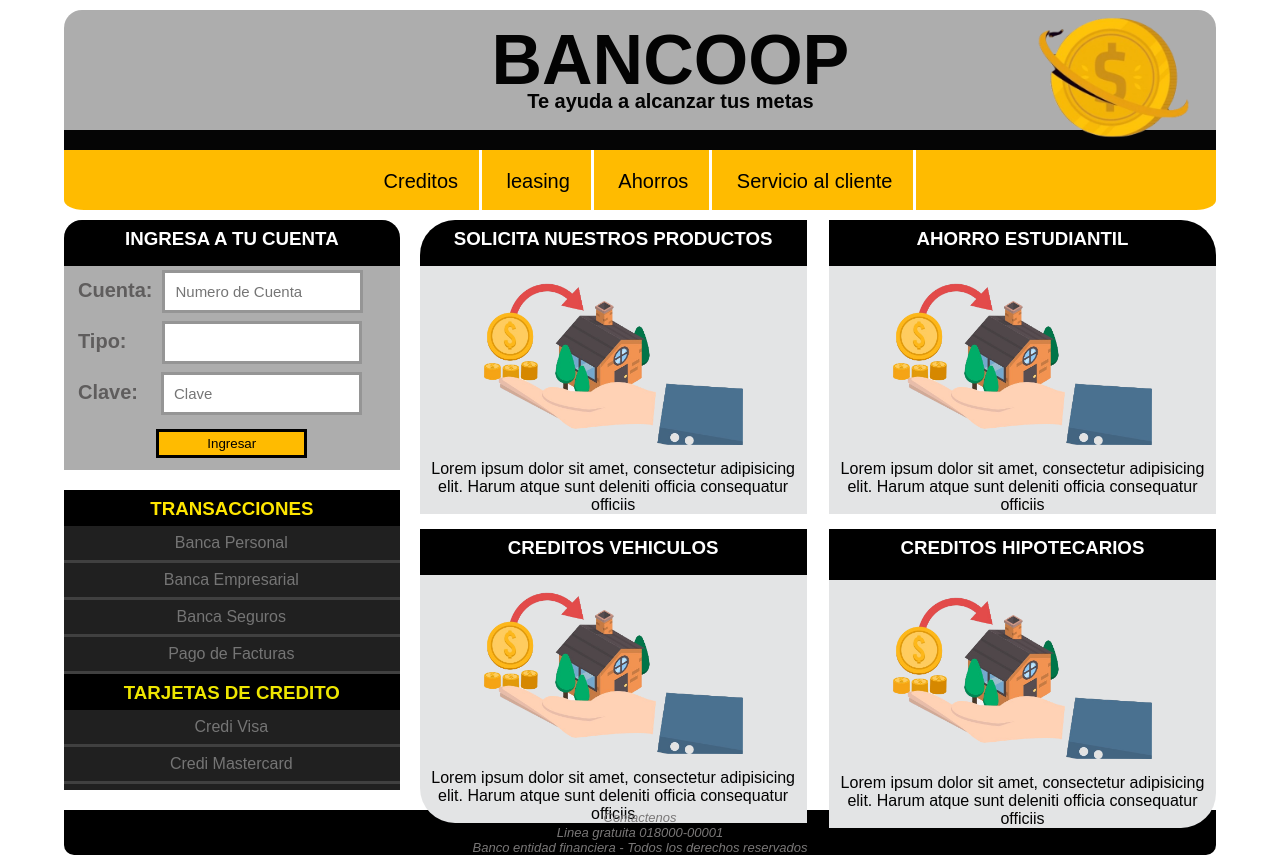
Repository: NickArregoces/BANCOOP
Page: Index.html
These files come from the project's save history. The page is drawn as it stood at one moment and after the next save; the edit follows.
The browser window is 1280 px wide. The pictures show the whole page.

Above is the page before, as saved 2021-10-04 17:42:03.

### Index.html
<!DOCTYPE html>
<html lang="en">
<head>
    <meta charset="UTF-8">
    <meta http-equiv="X-UA-Compatible" content="IE=edge">
    <meta name="viewport" content="width=device-width, initial-scale=1.0">
    <title>BANCOOP Home</title>
    <link rel="stylesheet" href="/CSS/Style.css">

</head>
<body>
    <div id="head">
        <header>
            <div class="image">
                <img src="/Images/logo.png" alt="logo">
            </div>
            <div class="title" >
                <h1>BANCOOP</h1>
                <h3>Te ayuda a alcanzar tus metas</h3>
            </div>

        </header>

        <nav class="barra"></nav>

        <div class="navegador">
            <ul class="menu">
                <li><a href="#">Creditos</a></li>
                <li><a href="#">leasing</a></li>
                <li><a href="#">Ahorros</a></li>
                <li><a href="#">Servicio al cliente</a></li>
            </ul>
        </div>

    </div>
        <div id="Contenido">
            <div class="section">
                <form action="" class="login">
                    <h3 style="color: rgb(255, 255, 255);">INGRESA A TU CUENTA</h3>
                        <div class="cuenta">
                            <h4>Cuenta:<input type="number" placeholder="Numero de Cuenta" required></h4>
                        </div>

                        <div class="tipo">
                            <h4>Tipo:<input type="text" required></h4>
                        </div>

                        <div class="clave">
                            <h4>Clave:<input type="password" placeholder="Clave" required></h4>
                        </div>

                    <div class="center">
                        <button class="sumbit"> Ingresar </button>
                    </div>

                </form>

                <article class="opciones">
                    <h3 style="color: rgb(255, 230, 0);">TRANSACCIONES</h3>
                    <li><a href="#">Banca Personal</a></li>
                    <li><a href="#">Banca Empresarial</a></li>
                    <li><a href="#">Banca Seguros</a></li>
                    <li><a href="#">Pago de Facturas</a></li>

                    <h3 style="color: rgb(238, 230, 0);">TARJETAS DE CREDITO</h3>
                    <li><a href="#">Credi Visa</a></li>
                    <li><a href="#">Credi Mastercard</a></li>
                </article>
            </div>

            <div id="Cuadros">
                <aside>
                    <div class="solicita">
                        <h3 style="color: rgb(255, 255, 255);">SOLICITA NUESTROS PRODUCTOS</h3>

                        <div id="Prueba">
                        <img id="Prubea" src="/Images/Wallpaper(80).jpg" alt="">
                        </div>

                        <p>Lorem ipsum dolor sit amet, consectetur adipisicing elit.
                            Harum atque sunt deleniti officia consequatur officiis</p>
                    </div>

                    <div class="ahorro">
                        <h3 style="color: rgb(255, 255, 255);">AHORRO ESTUDIANTIL</h3>

                        <div id="Prueba">
                        <img id="Prubea" src="/Images/Wallpaper(80).jpg" alt="">
                        </div>

                        <p>Lorem ipsum dolor sit amet, consectetur adipisicing elit.
                            Harum atque sunt deleniti officia consequatur officiis</p>
                    </div>

                    <div class="credito">
                        <h3 style="color: rgb(255, 255, 255);">CREDITOS VEHICULOS</h3>

                        <div id="Prueba">
                        <img id="Prubea" src="/Images/Wallpaper(80).jpg" alt="">
                        </div>

                        <p>Lorem ipsum dolor sit amet, consectetur adipisicing elit.
                            Harum atque sunt deleniti officia consequatur officiis</p>
                    </div>
                    <div class="hipotecario">
                        <h3 style="color: rgb(255, 255, 255);">CREDITOS HIPOTECARIOS</h3>

                        <div id="Prueba">
                        <img id="Prubea" src="/Images/Wallpaper(80).jpg" alt="">
                        </div>

                        <p>Lorem ipsum dolor sit amet, consectetur adipisicing elit.
                            Harum atque sunt deleniti officia consequatur officiis</p>
                    </div>
                </aside>
            </div>

            <div>
                <footer>
                        <p>Contactenos</p>
                        <p>Linea gratuita 018000-00001</p>
                        <p>Banco entidad financiera
                        - Todos los derechos reservados</p>
                </footer>
            </div>
        </div>

</body>
</html>

### CSS/Style.css

*{
    margin: 0 auto;
    padding: 0px;
    list-style:none
}
body{
    font-family: Arial, Helvetica, sans-serif;
    background: rgb(255, 255, 255);
    width: 90%;
    color: rgb(3, 3, 3);
}
header{
    width: 100%;
    margin-top: 10px;
    background: rgb(173, 173, 173);
    border-top-left-radius:  18px;
    border-top-right-radius:  18px;
    height: 120px;
}
    img{
        float: right;
        width: 200px;
    }
    .title{
        float: right;
        width: 60%;
        margin-top: 20px;
    }
    header h1{
        font-size: 70px;
        text-align: center;
        line-height: 60px;
        display: block;
    }
    header h3{
        font-size: 20px;
        text-align: center;
    }

nav.barra{
    background: rgb(5, 5, 5);
    height: 20px;
}
div.navegador{
    text-align: center;
}

    ul.menu{
        border-bottom-left-radius: 20px 10px;
        border-bottom-right-radius: 20px 10px;
        background: rgb(255, 187, 0);
        height: 60px;
        list-style: none;
        padding: 0;
        max-width: 10000px;
    }
    .menu li a{
        height: 20px;
        font-size: 20px;
        margin-right: 1px;
        text-decoration: none;
        color:black;
        padding: 20px;
        display: inline-block;
    }
    .menu li {
        border-right: solid white;
        display: inline-block;
        }
    .menu li a:hover{
        background: #242323b6;
        color: white;
        }

.section{
    width: 30%;
    float: left;

}
    form{
        background: rgb(173, 173, 173);
        border-top-left-radius: 18px;
        border-top-right-radius: 18px;
        margin-top: 10px;
        margin-right:10px;
        margin-bottom: 10px;
        height: 250px;
    }
        form h3{
            text-align: center;
            background: black;
            height: 30px;
            padding: 8px;
            border-top-left-radius: 18px;
            border-top-right-radius: 18px;
        }
        form h4{
            font-size: 20px;
            padding: 4px;
            margin-left: 10px;
            color: rgb(95, 93, 93);

        }
        form input{
            font-size: 15px;
            width: 55%;
            padding: 10px;
            display: inline;
            border: solid rgb(149, 149, 149);
            margin-left: 10px;
        }
        div.clave input {
            margin-left: 23px;
        }

        div.tipo input {
            margin-left: 35px;
        }

        div.center{
            margin-top: 10px;
            margin: auto;
            text-align: center;
            width: 50%;
            cursor: pointer;
        }
        button{
            margin-top: 10px;
            width: 90%;
            padding: 4px;
            background: rgb(255, 187, 0);
            border: solid black;
            cursor: pointer;
        }
        button:hover{
            background: #242323b6;
            color: rgb(251, 227, 3);
        }

    article {
        height: 300px;
        background: rgb(32, 32, 32);
        margin-top: 20px;
        margin-right:10px;
        margin-bottom: 10px;
    }
        article h3{
            text-align: center;
            padding: 8px;
            height: 20px;
            background: black;
        }
        .opciones li a{
            margin-right: 1px;
            text-align: center;
            text-decoration: none;
            color:rgb(117, 117, 117);
            padding: 8px;
            display: inline-block;
        }
        .opciones li {
            border-bottom: solid rgba(68, 68, 68, 0.897);
            text-align: center;
            display:inline-flexbox;
            }
        .opciones li a:hover{
            background: #242323b6;
            color: rgb(251, 227, 3);
            }

aside{
    width: 70%;
    height: 580px;
    margin-top: 10px;
    float: right;
    margin-bottom: 10px;
}
    div.solicita{
        width: 48%;
        float: left;
        border-top-left-radius: 35px;
        margin-left: 10px;
        background: #e3e4e5;
        text-align:center;

    }
        #Prueba{
            display: flex;
            align-items: center;
            justify-content: center;
        }
        div.solicita img {
            width: 260px;
            margin-top: 15px;
            margin-bottom: 15px;
        }
        div.solicita h3{
            text-align: center;
            background: black;
            height: 30px;
            padding: 8px;
            border-top-left-radius: 35px;
        }
        div.solicita p{
            display: inline-block;
            text-align: center;
        }

    div.ahorro {
        width: 48%;
        float: right;
        border-top-right-radius: 35px;
        margin-left: 10px;
        background: #e3e4e5;
     }
        #Prueba{
            display: flex;
            align-items: center;
            justify-content: center;
        }
            div.ahorro img {
                width: 260px;
                margin-top: 15px;
                margin-bottom: 15px;
            }
            div.ahorro h3{
                text-align: center;
                background: black;
                height: 30px;
                padding: 8px;
                border-top-right-radius: 35px;
            }
            div.ahorro p{
                display: inline-block;
                text-align: center;
            }

    div.credito {
        width: 48%;
        float: left;
        margin-top: 15px;
        border-bottom-left-radius: 35px;
        margin-left: 10px;
        background: #e3e4e5;
    }
            div.credito img {
                width: 260px;
                margin-top: 15px;
                margin-bottom: 15px;

            }
            div.credito h3{
                text-align: center;
                background: black;
                height: 30px;
                padding: 8px;
            }
            div.credito p{
                display: inline-block;
                text-align: center;
            }

    div.hipotecario {
        width: 48%;
        float: right;
        border-top-right-radius: 35px;
        border-bottom-right-radius: 35px;
        margin-top: 15px;
        background: #e3e4e5;
        }
            div.hipotecario img {
                width: 260px;
                margin-top: 15px;
                margin-bottom: 15px;
            }
            div.hipotecario h3{
                text-align: center;
                background: black;
                height: 35px;
                padding: 8px;
            }
            div.hipotecario p{
                display: inline-block;
                text-align: center;
            }

footer{
    background: black;
    clear: both;
    border-bottom-left-radius: 10px;
    border-bottom-right-radius: 10px;
}
    footer p{
        font-size: 13px;
        text-align: center;
        line-height: 15px;
        color: rgb(121, 119, 119);
        font-style:italic;
    }

After the next save:
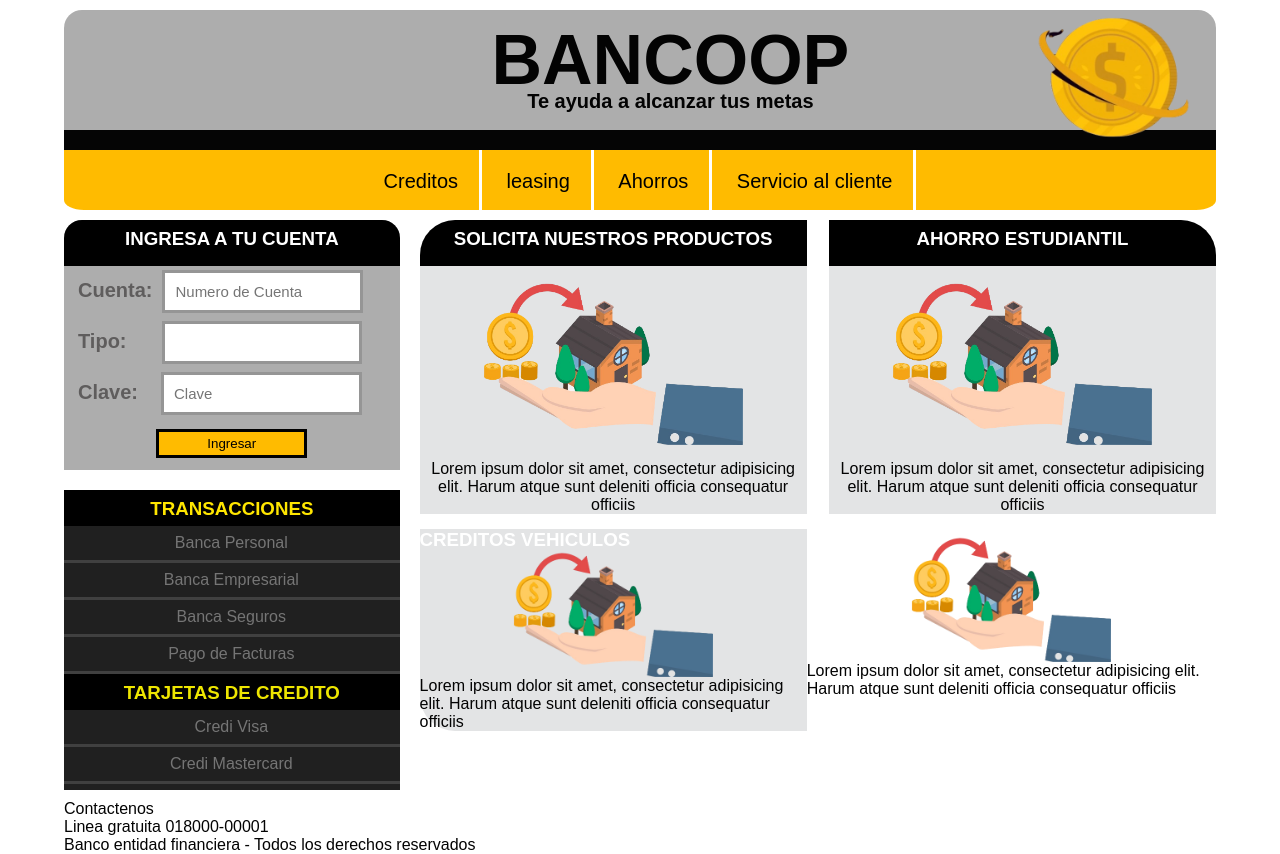
Saved 7 s later.
--- a/CSS/Style.css
+++ b/CSS/Style.css
@@ -244,6 +244,11 @@
         margin-left: 10px;
         background: #e3e4e5;
     }
+    #Prueba{
+        display: flex;
+        align-items: center;
+        justify-content: center;
+
             div.credito img {
                 width: 260px;
                 margin-top: 15px;

After the save that followed:
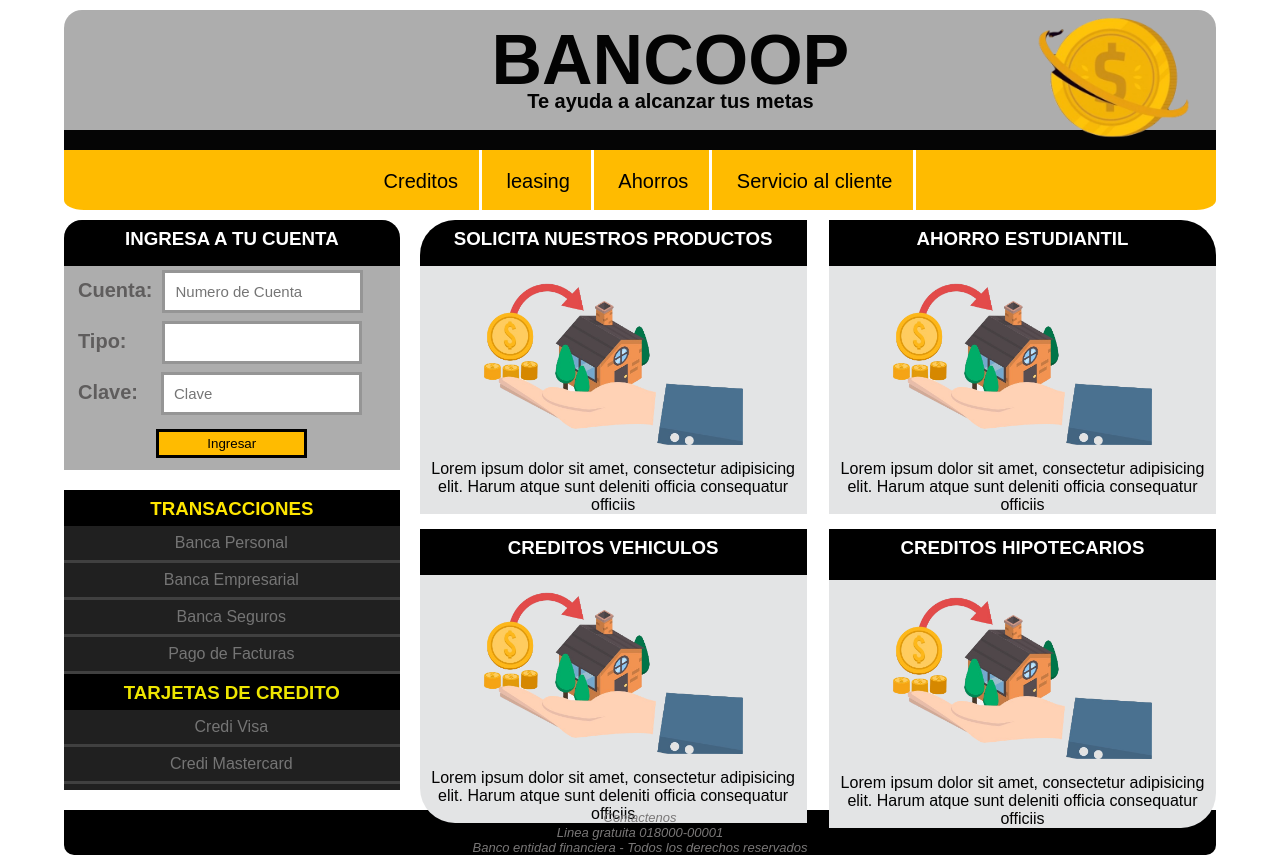
Saved 4 s later.
--- a/CSS/Style.css
+++ b/CSS/Style.css
@@ -248,7 +248,7 @@
         display: flex;
         align-items: center;
         justify-content: center;
-
+    }
             div.credito img {
                 width: 260px;
                 margin-top: 15px;
